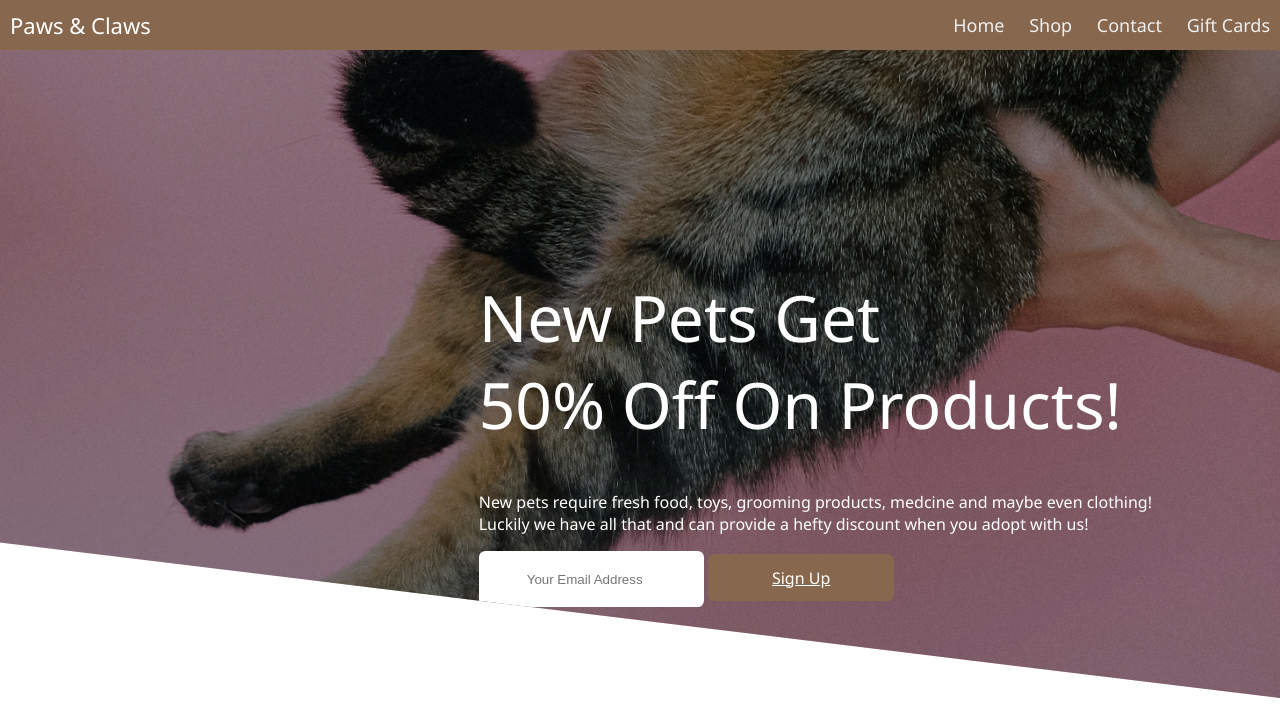
Repository: LtGriff/petProject
Page: dist/about.html
The author's editor kept a copy of each file at every save. The page is drawn from the files as they stood at one save, then again after a run of saves.
The browser window is 1280 px wide. The pictures show the whole page.

Above is the page before, as saved 2022-05-19 07:37:40.

### dist/about.html
<!DOCTYPE html>
<html lang="en">
<head>
    <meta charset="UTF-8">
    <meta http-equiv="X-UA-Compatible" content="IE=edge">
    <meta name="viewport" content="width=device-width, initial-scale=1.0">
    <link rel="stylesheet" type="text/css" href="../CSS/about.css">
    <title>About the Animal House</title>
</head>
<body>
<!-------------NAV***************BAR----------------------->

    <div class="nav">
        <input type="checkbox" id="nav-check">
        <div class="nav-header">
          <div class="nav-title">
            Paws & Claws
          </div>
        </div>
        <div class="nav-btn">
          <label for="nav-check">
            <span></span>
            <span></span>
            <span></span>
          </label>
        </div>

        <div class="nav-links">
          <a href="index.html" target="">Home</a>
          <a href="shop.html" target="_blank">Shop</a>
          <a href="contact.html" target="_blank">Contact</a>
          <a href="giftcard.html" target="_blank">Gift Cards</a>
        </div>
      </div>

    <!-------------NAV*******BAR********END----------------------->


 <!------------------HEADER*******SECTION---------------------->


 <div class="dogfield"></div>

 <header id="header-section">
  <div class="header-text container">
      <h1>New Pets Get <br> 50%  Off On Products!</h1>
      <p>
         New pets require fresh food, toys, grooming products, medcine and maybe even clothing!<br> Luckily we have all that and can provide a hefty discount when you adopt with us!
      </p>
      <input id="userInput" type="email" placeholder="Your Email Address" required>
      <a class="cta" href="#">Sign Up</a>
      <p id="error">Please provide a valid email address</p>
  </div>
</header>










</body>
</html>

### dist/CSS/about.css
/** NAV BAR **/

* {
    box-sizing: border-box;
  }

  body {
    margin: 0px;
    font-family: 'segoe ui';
  }

  .nav {
    height: 50px;
    width: 100%;
    background-color: #87684e;

  /**
    opacity: .5;
    filter: alpha(opacity=50);
    position: relative;**/
    /* z-index: ; */


    box-shadow:
    0 2.8px 2.2px rgba(0, 0, 0, 0.034),
    0 6.7px 5.3px rgba(0, 0, 0, 0.048),
    0 12.5px 10px rgba(0, 0, 0, 0.06),
    0 22.3px 17.9px rgba(11, 4, 4, 0.072),
    0 41.8px 33.4px rgba(0, 0, 0, 0.086),
    0 100px 80px rgba(0, 0, 0, 0.12);
  }

  .nav > .nav-header {
    display: inline;
  }

  .nav > .nav-header > .nav-title {
    display: inline-block;
    font-size: 22px;
    color: #fff;
    padding: 10px 10px 10px 10px;
  }

  .nav > .nav-btn {
    display: none;
  }

  .nav > .nav-links {
    display: inline;
    float: right;
    z-index: 9;
    font-size: 18px;
  }

  .nav > .nav-links > a {
    display: inline-block;
    padding: 13px 10px 13px 10px;
    text-decoration: none;
    color: #efefef;
  }

  .nav > .nav-links > a:hover {
    background-color: rgba(0, 0, 0, 0.3);
  }

  .nav > #nav-check {
    display: none;
  }


 /** HEADER SECTION **/

#header-section{
    height: 90vh;
    background-image: linear-gradient(
        to left bottom,
        rgba(0, 0, 0, 0.4),
        rgba(0, 0, 0, 0.5)),
    url("../img/catpink.jpg");
    background-attachment: fixed;
    background-size: cover;
    background-position: bottom right;
    position: relative;
    object-fit: scale-down;
    clip-path: polygon(0% 0%,100% 0%,100% 100%,0% 76%);

  }



  .header-text {
    position: absolute;
    top: 28%;
    right: 10%;
    color: #ffffff;
  }

  .header-text h1 {
    font-size: 4rem;
    font-weight: 500;
  }

  .header-text p {
    margin-bottom: 1rem;
  }

  #header-section input {
    width: 225px;
    height: 3.5rem;
    border-radius: 0.4rem;
    border: none;
    padding: 0.5rem 3rem;
  }

  .cta {
    background-color: #87684e;
    padding: 0.8rem 4rem;
    border-radius: 0.4rem;
    color: #fff;
    font-weight: 400;
  }

  .cta:hover {
    transform: translateY(-3px);
    box-shadow: 0 1rem 2rem rgba(0, 0, 0, .2);
  }

  .cta:active {
    transform: translateY(-1px);
    box-shadow: 0 .5rem 1rem rgba(0, 0, 0, .2);
  }

  .cta::after {
    content: "";
    display: inline-block;
    height: 100%;
    width: 100%;
    border-radius: 10rem;
    position: absolute;
    top: 0;
    left: 0;
    z-index: -1;
    transition: all .4s;
  }

  .cta:hover::after {
    transform: scaleX(1.4) scaleY(1.6);
    opacity: 0;
  }

  #error {
    color: red;
    font-weight: 600;
    display: none;
    margin-top: 1rem;
    transition: all 0.5s ease-in;
  }

@media (max-width:600px) {
    .nav > .nav-btn {
      display: inline-block;
      position: absolute;
      right: 0px;
      top: 0px;
    }
    .nav > .nav-btn > label {
      display: inline-block;
      width: 50px;
      height: 50px;
      padding: 13px;
    }
    .nav > .nav-btn > label:hover,.nav  #nav-check:checked ~ .nav-btn > label {
      background-color: rgba(0, 0, 0, 0.3);
    }
    .nav > .nav-btn > label > span {
      display: block;
      width: 25px;
      height: 10px;
      border-top: 2px solid #eee;
    }
    .nav > .nav-links {
      position: absolute;
      display: block;
      width: 100%;
      background: rgb(234,212,189);
      background: linear-gradient(7deg, rgba(234,212,189,1) 0%, rgba(204,175,140,1) 24%, rgba(191,161,124,1) 64%, rgba(135,104,78,1) 98%);
      height: 0px;
      transition: all 0.3s ease-in;
      overflow-y: hidden;
      top: 50px;
      left: 0px;
    }
    .nav > .nav-links > a {
      display: block;
      width: 100%;
    }
    .nav > #nav-check:not(:checked) ~ .nav-links {
      height: 0px;
    }
    .nav > #nav-check:checked ~ .nav-links {
      height: calc(28vh - 50px);
      overflow-y: auto;
    }

  }

After the next 2 saves:
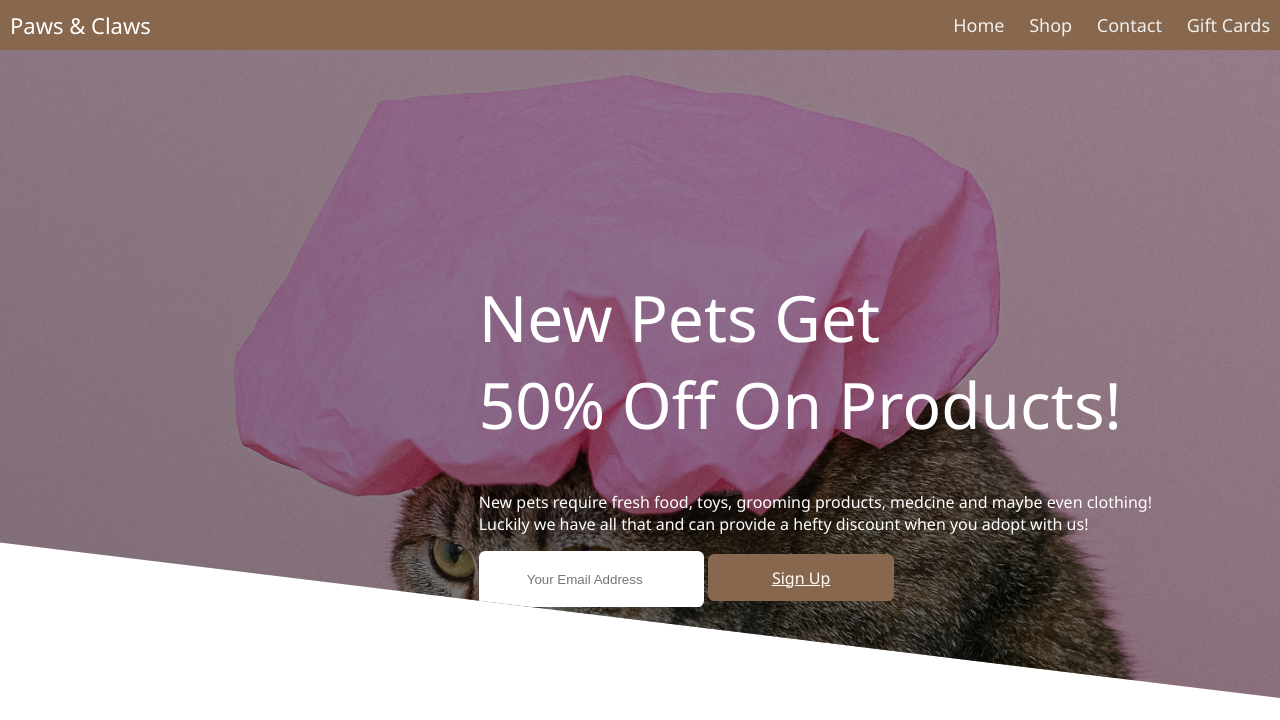
The 2 saves are shown as one change because they came seconds apart.
The last was saved 36 s later.
--- a/dist/CSS/about.css
+++ b/dist/CSS/about.css
@@ -79,7 +79,7 @@
     url("../img/catpink.jpg");
     background-attachment: fixed;
     background-size: cover;
-    background-position: bottom right;
+    background-position: bottom t;
     position: relative;
     object-fit: scale-down;
     clip-path: polygon(0% 0%,100% 0%,100% 100%,0% 76%);
